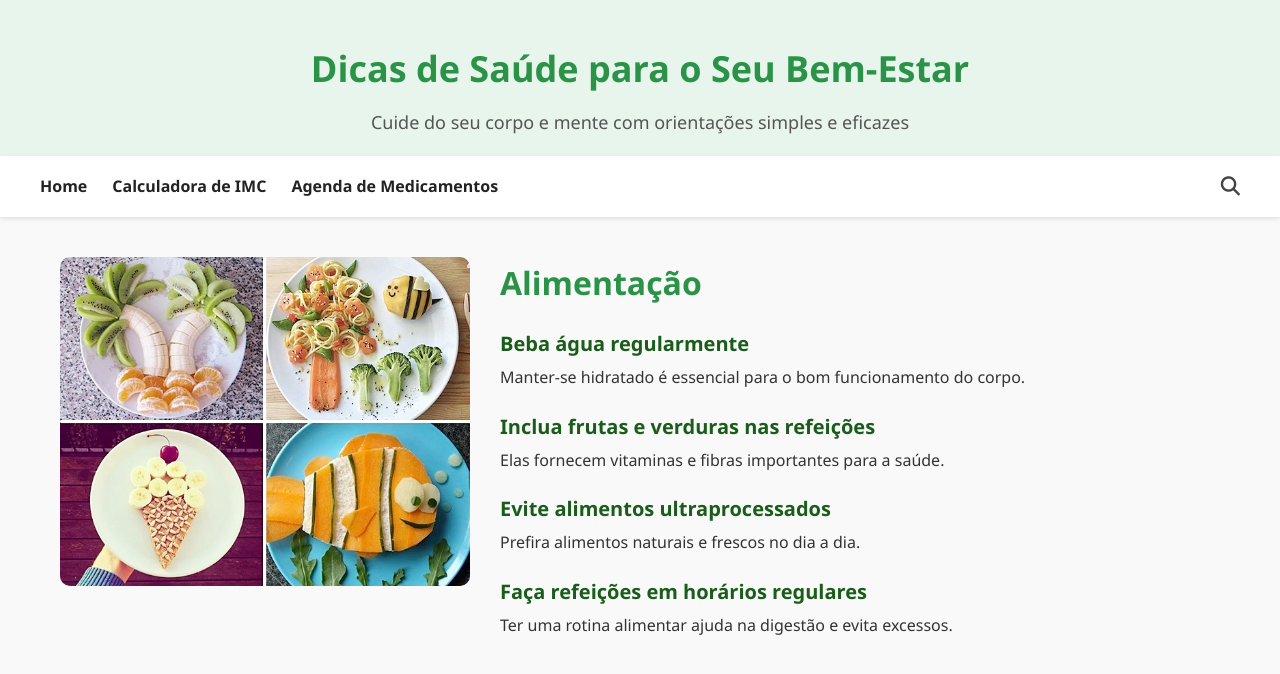
Repository: Cristiane-Sartori14/dicasSaude
Page: index.html
These files come from the project's save history. The page is drawn as it stood at one moment and after the next save; the edit follows.
The browser window is 1280 px wide. The pictures show the whole page.

Above is the page before, as saved 2025-05-18 22:05:15.

### index.html
<!DOCTYPE html>
<html lang="en">
  <head>
    <meta charset="UTF-8" />
    <meta name="viewport" content="width=device-width, initial-scale=1.0" />
    <title>Dicas de Saúde</title>
    <link rel="stylesheet" href="style.css" />

    <link
      rel="stylesheet"
      href="https://cdnjs.cloudflare.com/ajax/libs/font-awesome/6.5.0/css/all.min.css"
    />
  </head>
  <body>
    <!-- Título principal da página -->
    <section class="main-title">
      <h1>Dicas de Saúde para o Seu Bem-Estar</h1>
      <p>Cuide do seu corpo e mente com orientações simples e eficazes</p>
    </section>

    <!--Cabeçalho-->
    <header class="header">
      <div class="nav-container">
        <nav>
          <ul class="nav-links">
            <li><a href="#">Home</a></li>
            <li><a href="#">Calculadora de IMC</a></li>
            <li><a href="#">Agenda de Medicamentos</a></li>
          </ul>
        </nav>
        <div class="header-icons">
          <div class="icon search-icon">
            <i class="fa-solid fa-magnifying-glass"></i>
          </div>
        </div>
      </div>
    </header>

    <main class="health-container">
      <div class="health-image">
        <img src="img/alimento.jpg" alt="Prato com alimentação saudável" />
      </div>

      <section class="health-details">
        <h1 class="health-title">Alimentação</h1>

        <div class="tip">
          <h3>Beba água regularmente</h3>
          <p>
            Manter-se hidratado é essencial para o bom funcionamento do corpo.
          </p>
        </div>

        <div class="tip">
          <h3>Inclua frutas e verduras nas refeições</h3>
          <p>Elas fornecem vitaminas e fibras importantes para a saúde.</p>
        </div>

        <div class="tip">
          <h3>Evite alimentos ultraprocessados</h3>
          <p>Prefira alimentos naturais e frescos no dia a dia.</p>
        </div>

        <div class="tip">
          <h3>Faça refeições em horários regulares</h3>
          <p>Ter uma rotina alimentar ajuda na digestão e evita excessos.</p>
        </div>
      </section>
    </main>
  </body>
</html>

### style.css
* {
  box-sizing: border-box;
  margin: 0;
  padding: 0;
}

body {
  font-family: "Segoe UI", Tahoma, Verdana, sans-serif;
  background-color: #f9f9f9;
  color: #333;
  line-height: 1.6;
}

/*Título*/
.main-title {
  text-align: center;
  padding: 40px 20px 20px;
  background-color: #e7f5ec;
}

.main-title h1 {
  font-size: 36px;
  color: #2b9348;
  margin-bottom: 10px;
}

.main-title p {
  font-size: 18px;
  color: #555;
}

/* Cabeçalho */
.header {
  background-color: #ffffff;
  box-shadow: 0 2px 4px rgba(0, 0, 0, 0.1);
  padding: 15px 30px;
  position: sticky;
  top: 0;
  z-index: 10;
}

.nav-container {
  max-width: 1200px;
  margin: 0 auto;
  display: flex;
  justify-content: space-between;
  align-items: center;
}

.nav-links {
  list-style: none;
  display: flex;
  gap: 25px;
}

.nav-links a {
  text-decoration: none;
  color: #222;
  font-weight: 600;
  transition: color 0.3s ease;
}

.nav-links a:hover,
.header-icons i:hover {
  color: #2b9348;
}

.header-icons {
  display: flex;
  align-items: center;
  gap: 15px;
}

.icon {
  font-size: 1.2rem;
  background: none;
  border: none;
  cursor: pointer;
  color: #444;
}

/* Conteúdo principal */
.health-container {
  display: flex;
  flex-wrap: wrap;
  max-width: 1200px;
  margin: 40px auto;
  gap: 30px;
  padding: 0 20px;
}

.health-image {
  flex: 1 1 300px;
}

.health-image img {
  width: 100%;
  height: auto;
  border-radius: 10px;
}

.health-details {
  flex: 2 1 500px;
}

.health-title {
  color: #2b9348;
  font-size: 32px;
  margin-bottom: 20px;
}

.tip {
  margin-bottom: 20px;
}

.tip h3 {
  font-size: 20px;
  color: #1a5d1a;
}

.tip p {
  margin-top: 5px;
}

/* Responsivo */
@media (max-width: 768px) {
  .health-container {
    flex-direction: column;
    align-items: center;
  }

  .nav-links {
    flex-direction: column;
    align-items: center;
    gap: 10px;
  }

  .nav-container {
    flex-direction: column;
    gap: 10px;
  }
}

After the next save:
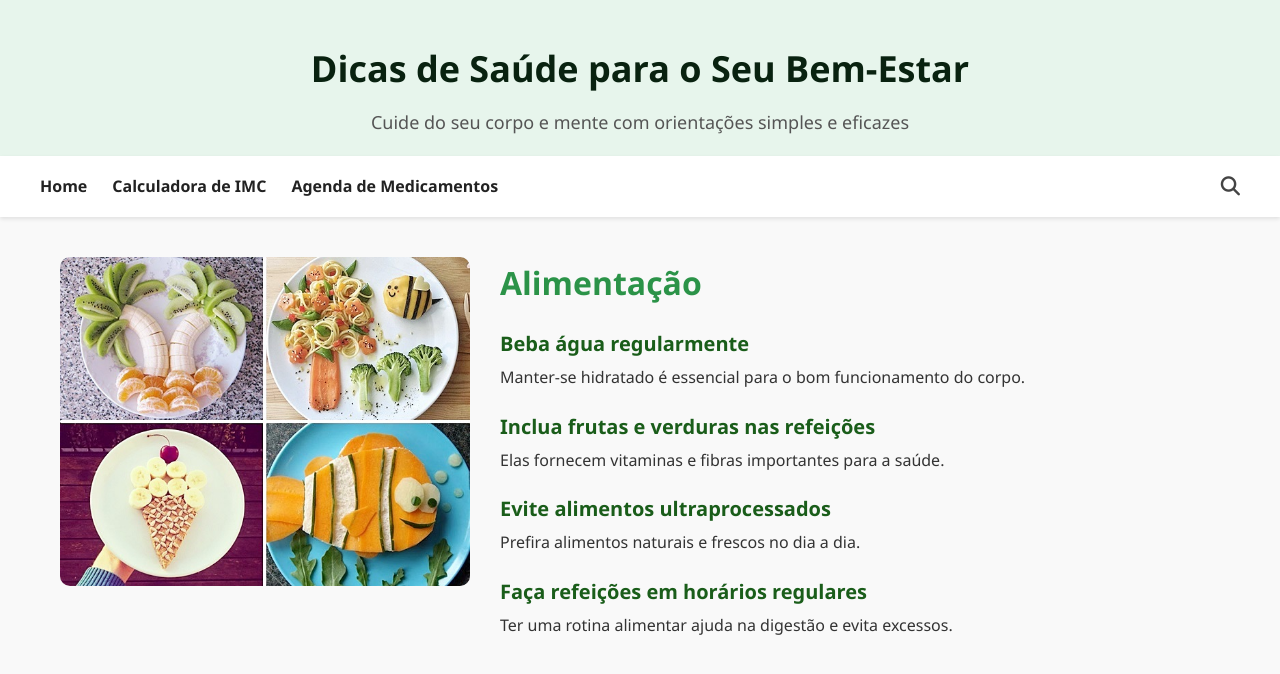
Saved 43 s later.
--- a/style.css
+++ b/style.css
@@ -20,7 +20,7 @@
 
 .main-title h1 {
   font-size: 36px;
-  color: #2b9348;
+  color: #092210;
   margin-bottom: 10px;
 }
 

After the save that followed:
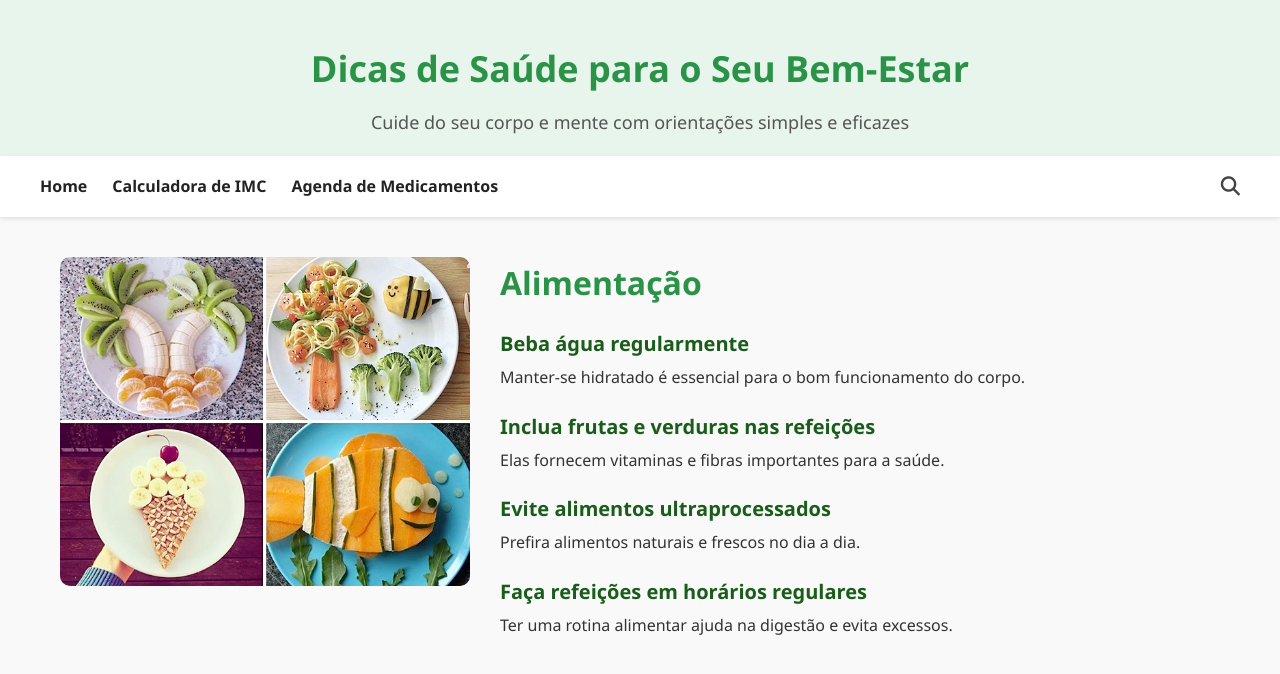
Saved 15 s later.
--- a/style.css
+++ b/style.css
@@ -20,7 +20,7 @@
 
 .main-title h1 {
   font-size: 36px;
-  color: #092210;
+  color: #2b9348;
   margin-bottom: 10px;
 }
 
